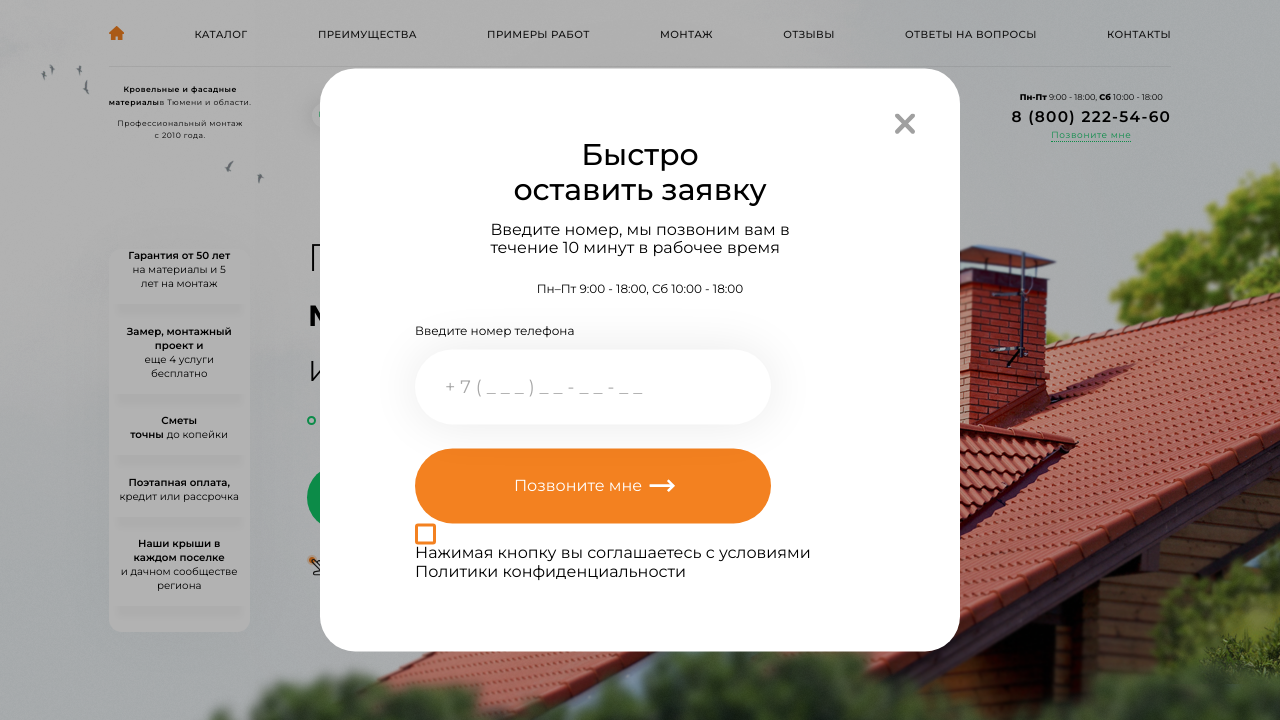
Repository: dima-hacker0/test_task_deyneka
Page: /
These files come from the project's save history. The page is drawn as it stood at one moment and after the next save; the edit follows.
The browser window is 1280 px wide. The pictures show the whole page.
The project was rebuilt for these pictures with package versions that can differ from the ones it lists, and the page was loaded fresh each time.

Above is the page before, as saved 2022-06-23 03:27:20.

After the next save:
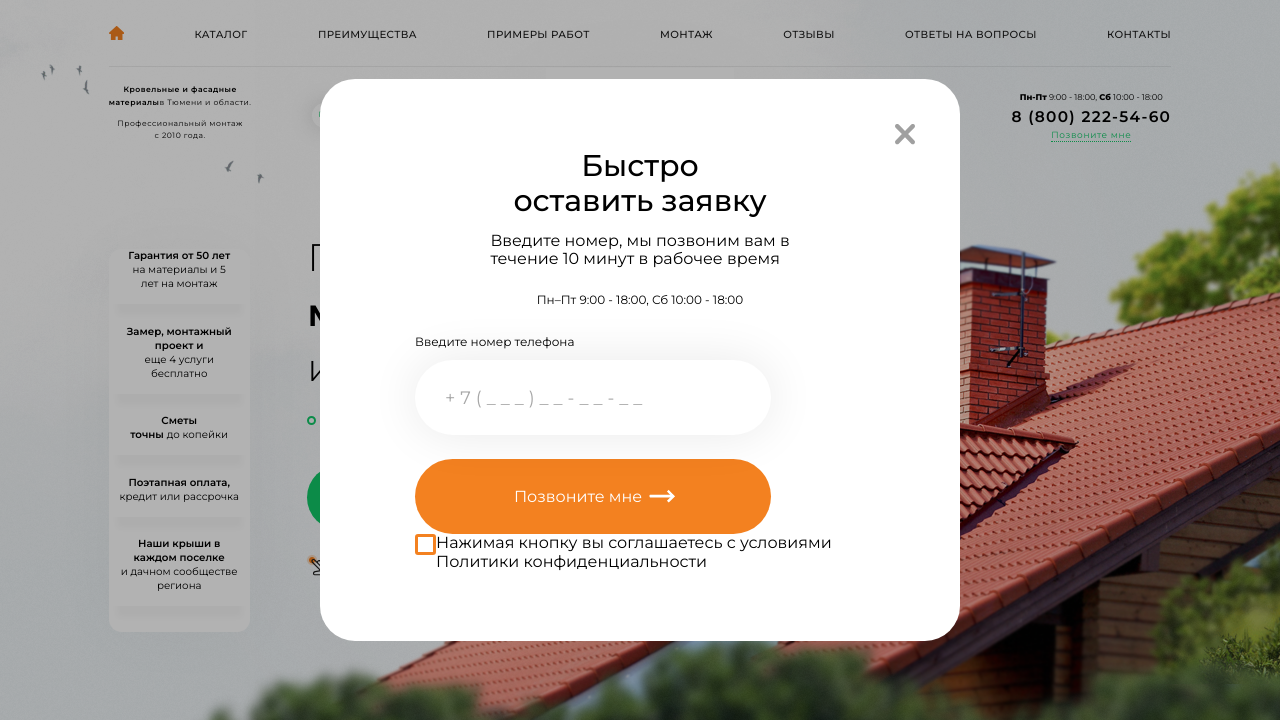
Saved 10 s later.
--- a/src/components/popap/popap.module.css
+++ b/src/components/popap/popap.module.css
@@ -108,3 +108,6 @@
   transform: translate(-50%, -50%);
   width: 10px;
 }
+.checkBoxBlock {
+  display: flex;
+}
